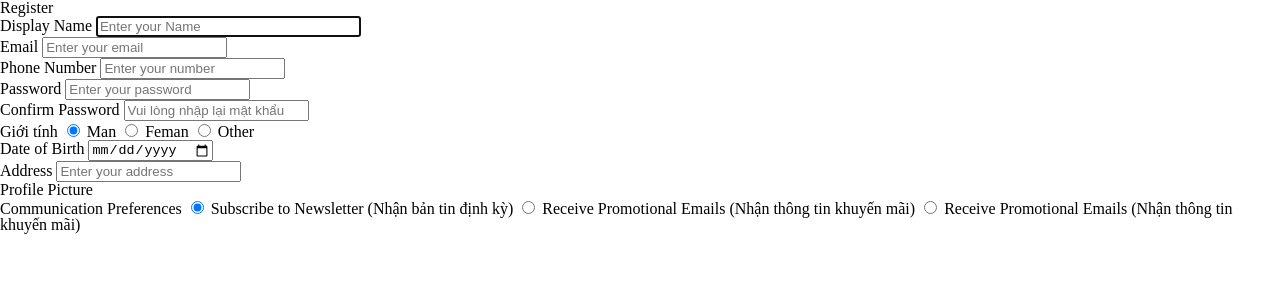
Repository: lannguyen1301/f8-zoom-day-4
Page: form.html
These files come from the project's save history. The page is drawn as it stood at one moment and after the next save; the edit follows.
The browser window is 1280 px wide. The pictures show the whole page.

Above is the page before, as saved 2025-04-19 22:06:44.

### form.html
<!DOCTYPE html>
<html lang="en">

<head>
    <meta charset="UTF-8">
    <meta name="viewport" content="width=device-width, initial-scale=1.0">
    <title>Form Login</title>
    <link rel="stylesheet" href="./assets/css/reset.css">
</head>

<body>
    <h1>Register</h1>
    <form action="https://api-gateway.fullstack.edu.vn/action_page.php" method="post" autocomplete="off">
        <div class="form-group">
            <label for="name">Display Name</label>
            <input type="text" name="name" id="name" maxlength="20" minlength="5" pattern="[A-Za-z0-9]+" size="30"
                placeholder="Enter your Name" required autocomplete="on" spellcheck="false" readonly autofocus>
        </div>

        <div class="form-group">
            <label for="email">Email</label>
            <input type="email" name="email" id="email" placeholder="Enter your email" required
                pattern="[a-z0-9._%+-]+@[a-z0-9.-]+\.[a-z]{2,}$" autocomplete="on" spellcheck="false" inputmode="email"
                onchange="alert('Email của bạn đã thay đổi!')">
        </div>

        <div class="form-group">
            <label for="phone">Phone Number</label>
            <input type="tel" name="phone" id="phone" placeholder="Enter your number" required
                pattern="^\+?[0-9]{10,15}$" maxlength="15" minlength="10" autocomplete="tel"
                onchange="alert('Số điện thoại của bạn đã thay đổi!')" inputmode="tel">
        </div>

        <div class="form-group">
            <label for="password">Password</label>
            <input type="password" name="password" id="password" placeholder="Enter your password" readonly required
                maxlength="20" minlength="8" pattern="(?=.*\d)(?=.*[a-z])(?=.*[A-Z])(?=.*[@#$%^&+=]).{8,}"
                autocomplete="current-password" autofocus spellcheck="false">
        </div>

        <div class="form-group">
            <label for="confirm-password">Confirm Password</label>
            <input type="password" name="confirm-password" id="confirm-password"
                placeholder="Vui lòng nhập lại mật khẩu" required autocomplete="new-password" maxlength="20"
                minlength="8">
        </div>

        <div class="form-group">
            <label for="gender"> Giới tính</label>
            <input type="radio" name="gender" id="male" value="male" required autofocus checked>
            <label for="male">Man</label>
            <input type="radio" name="gender" id="female" value="female" required autofocus>
            <label for="female">Feman</label>
            <input type="radio" name="gender" id="other" value="other" required autofocus>
            <label for="other">Other</label>
        </div>

        <div class="form-group">
            <label for="birthday">Date of Birth</label>
            <input type="date" name="birthday" id="birthday" required autocomplete="bday-day" min="1900-01-01" max="">
        </div>

        <div class="form-group">
            <label for="address">Address</label>
            <input type="text" name="address" id="address" placeholder="Enter your address" readonly autofocus
                spellcheck="false" pattern="[A-Za-z0-9\s,]+">
        </div>

        <div class="form-group">
            <label for="">Profile Picture</label>
            <input type="image" src="" alt="">
        </div>

        <div class="form-group">
            <label for="">Communication Preferences</label>
            <input type="radio" name="newsletter" id="newsletter" required checked>
            <label for="newsletter">Subscribe to Newsletter (Nhận bản tin định kỳ)</label>
            <input type="radio" name="promotional" id="promotional" required>
            <label for="promotional">Receive Promotional Emails (Nhận thông tin khuyến mãi)</label>
            <input type="radio" name="promotional" id="promotional" required>
            <label for="promotional">Receive Promotional Emails (Nhận thông tin khuyến mãi)</label>
        </div>
    </form>
</body>

</html>

Loaded but not shown: assets/css/reset.css (common file)

After the next save:
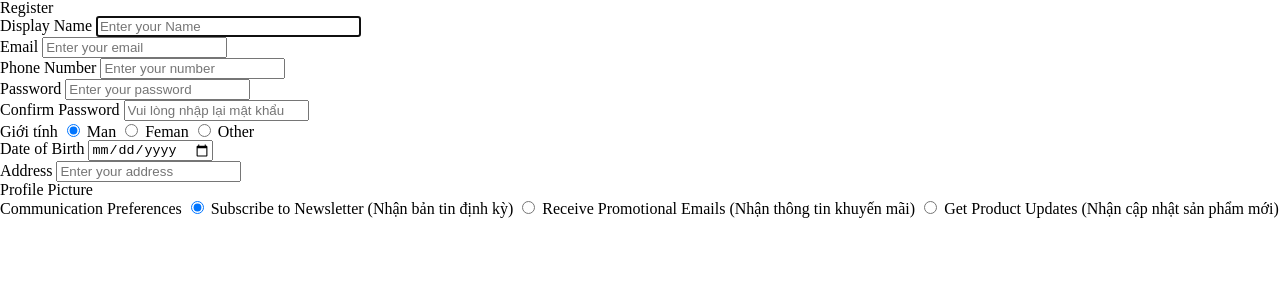
Saved 12 s later.
--- a/form.html
+++ b/form.html
@@ -78,7 +78,7 @@
             <input type="radio" name="promotional" id="promotional" required>
             <label for="promotional">Receive Promotional Emails (Nhận thông tin khuyến mãi)</label>
             <input type="radio" name="promotional" id="promotional" required>
-            <label for="promotional">Receive Promotional Emails (Nhận thông tin khuyến mãi)</label>
+            <label for="promotional">Get Product Updates (Nhận cập nhật sản phẩm mới)</label>
         </div>
     </form>
 </body>
